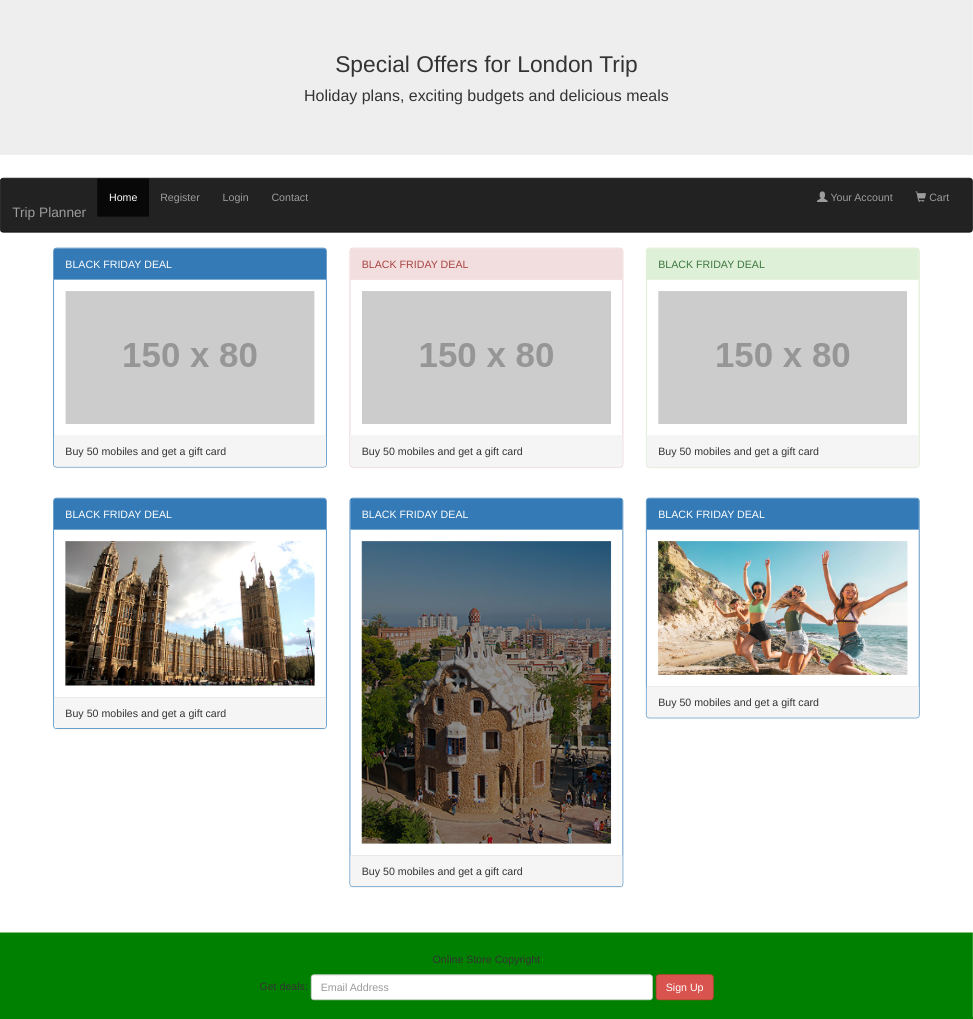
Repository: NanSin21/Mytourism-Website
Page: http://localhost/toursandtravelsmanagement/london.jsp
An editor plug-in stored every save of this project. The page is shown before and after the next save, followed by the edit.
The browser window is 1280 px wide. The pictures show the whole page, at 76% of full size.
The page is served by Tomcat 9.

Above is the page before, as saved 2018-07-20 08:21:06.

After the next save:
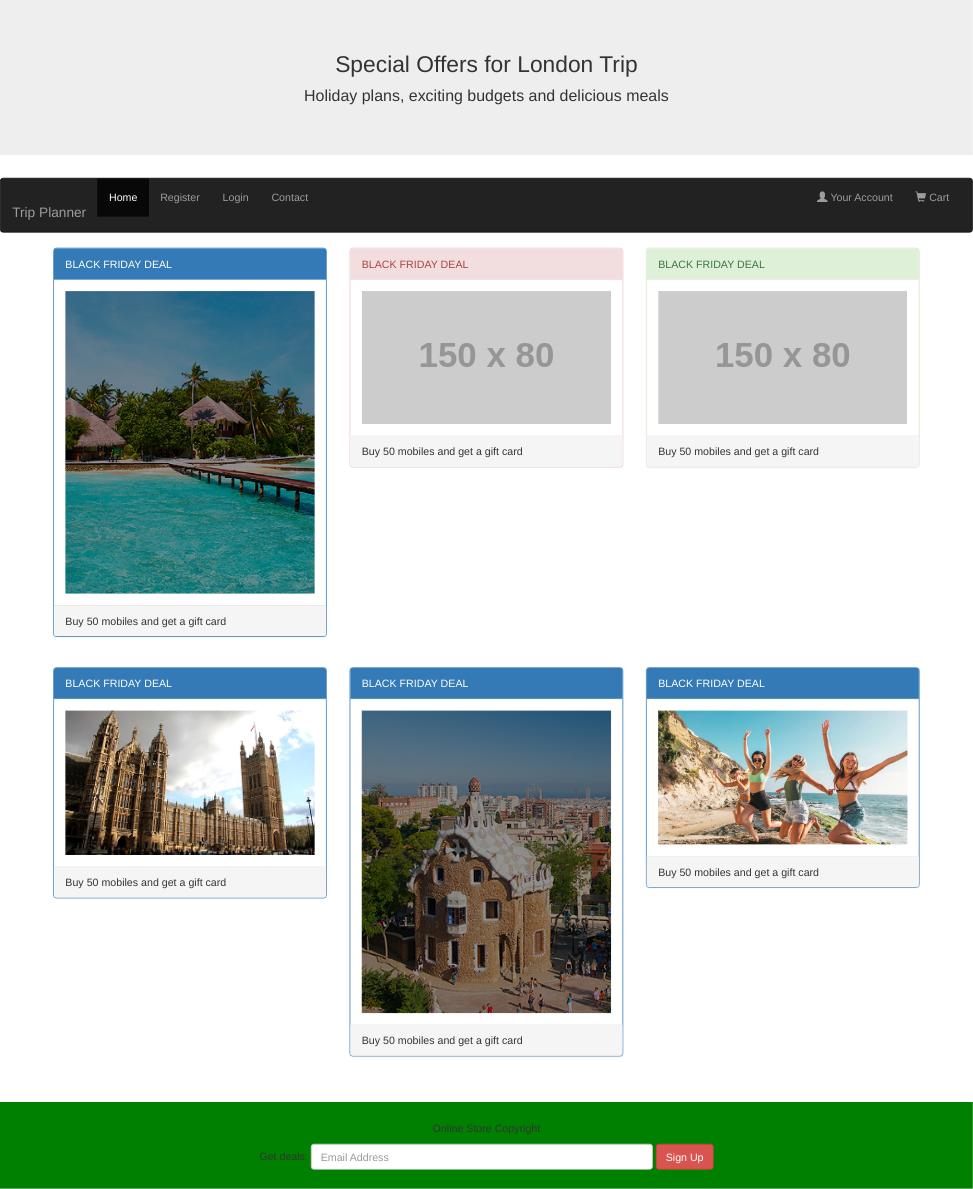
Saved 54 s later.
--- a/toursandtravelsmanagement/WebContent/london.jsp
+++ b/toursandtravelsmanagement/WebContent/london.jsp
@@ -64,7 +64,7 @@
     <div class="col-sm-4">
       <div class="panel panel-primary">
         <div class="panel-heading">BLACK FRIDAY DEAL</div>
-        <div class="panel-body"><img src="https://placehold.it/150x80?text=IMAGE" class="img-responsive" style="width:100%" alt="Image"></div>
+        <div class="panel-body"><img src="images/ban_img2.jpg" class="img-responsive" style="width:100%" alt="Image"></div>
         <div class="panel-footer">Buy 50 mobiles and get a gift card</div>
       </div>
     </div>
